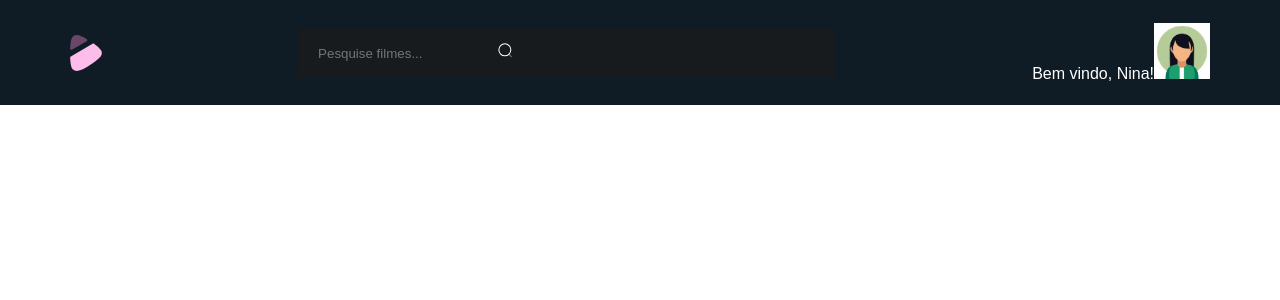
Repository: MilenaMelo/Cubos-Flix
Page: / (app in cubos-flix/)
These files come from the project's save history. The page is drawn as it stood at one moment and after the next save; the edit follows.
The browser window is 1280 px wide. The pictures show the whole page.
The project was rebuilt for these pictures with package versions that can differ from the ones it lists, and the page was loaded fresh each time.

Above is the page before, as saved 2021-06-19 13:01:09.

### cubos-flix/public/index.html
<!DOCTYPE html>
<html lang="en">
  <head>
    <meta charset="utf-8" />
    <link rel="icon" href="%PUBLIC_URL%/favicon.ico" />
    <meta name="viewport" content="width=device-width, initial-scale=1" />
    <meta name="theme-color" content="#000000" />
    <meta
      name="description"
      content="Web site created using create-react-app"
    />
    <link rel="apple-touch-icon" href="%PUBLIC_URL%/logo192.png" />
    <link rel="manifest" href="%PUBLIC_URL%/manifest.json" />
    <title>Cubos Flix</title>
  </head>
  <body>
    <noscript>You need to enable JavaScript to run this app.</noscript>
    <div id="root"></div>

  </body>
</html>

### cubos-flix/src/App.js
import './App.css';
import Navbar from './components/Navbar';

function App() {
  return (
    <div className="app">
      <header>
        <Navbar/>
      </header>
    </div>
  );
}

export default App;

### cubos-flix/src/App.css
* {
    margin: 0px;
    font-family: Manrope, sans-serif;
    color: white;
}

.app {
    background-color: #1d2226;
}

### cubos-flix/src/components/Navbar/index.js
import './style.css'
import logo from '../../assets/images/logo.svg'
import search_icon from '../../assets/images/search-icon.svg'
import profile_img from '../../assets/images/profile.jpg'


function Navbar() {
    return (
        <header className='navbar'>
            <img src={logo} alt="logo"/>
            <div className='search-container'>
                <input className='search-input' type="text" name="Pesquisa" placeholder="Pesquise filmes..."/>
                <img src={search_icon} alt="Input de pesquisa"/>
            </div>
            <div className='profile-container'>
                <span>Bem vindo, Nina!</span>
                <img className='profile-img' src={profile_img} alt="Foto de perfil"/>
            </div>
        </header>
    );
}

export default Navbar;

### cubos-flix/src/components/Navbar/style.css
.navbar {
    height: 105px;
    display: flex;
    align-items: center;
    justify-content: space-between;
    padding: 0px 70px;
    background-color: #0f1c26;
}

.search-container {
    padding: 14px 16px;
    width: 70vh;
}

.search-container, .search-input {
    outline: 0;
    background: #171b1e;
    border: 1px solid transparent;
}


.profile-img {
    height: 56px;
}

Loaded but not shown: cubos-flix/src/index.js (common file)

After the next save:
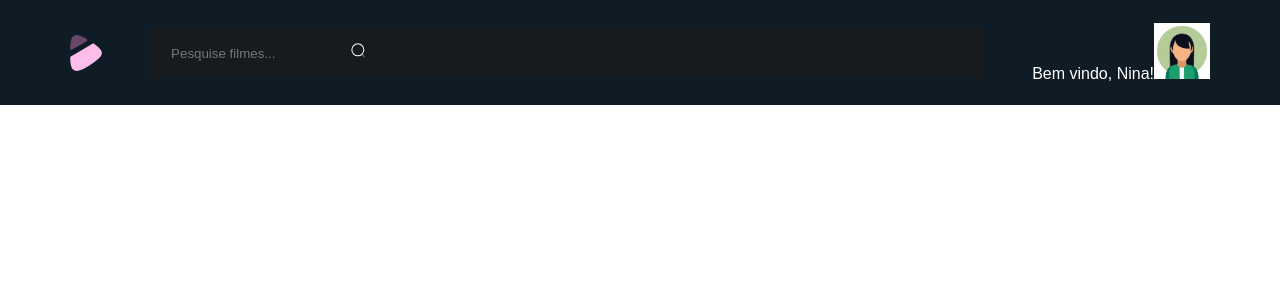
Saved 10 s later.
--- a/cubos-flix/src/components/Navbar/style.css
+++ b/cubos-flix/src/components/Navbar/style.css
@@ -9,7 +9,7 @@
 
 .search-container {
     padding: 14px 16px;
-    width: 70vh;
+    width: 70%;
 }
 
 .search-container, .search-input {
